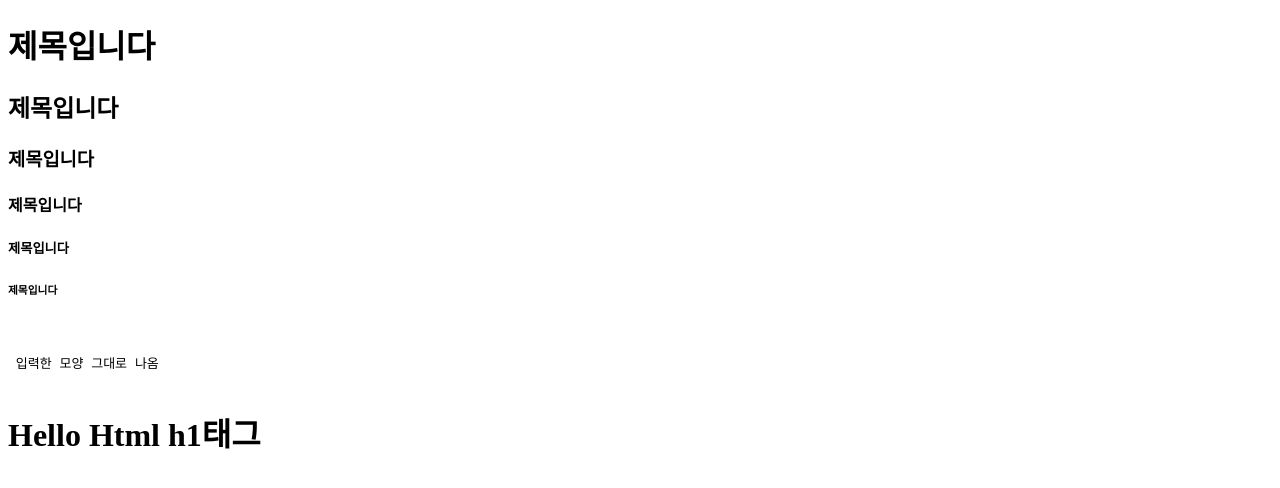
Repository: suhong99/htmlLecture
Page: sample01-1/src/main/webapp/index.html
An editor plug-in stored every save of this project. The page is shown before and after the next save, followed by the edit.
The browser window is 1280 px wide. The pictures show the whole page.

Above is the page before, as saved 2023-06-21 04:30:03.

After the next save:
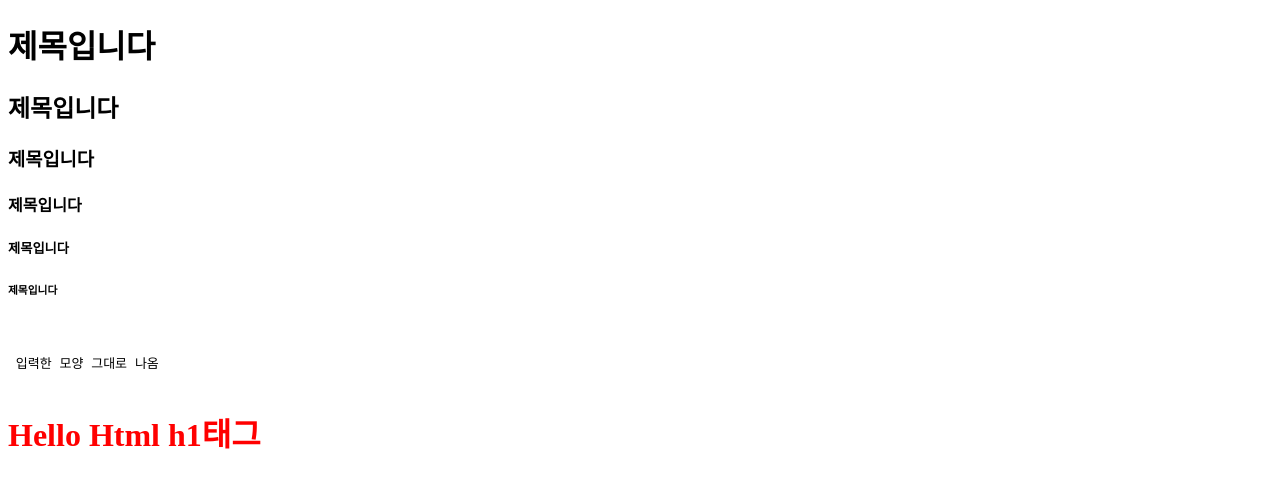
Saved 20 s later.
--- a/sample01-1/src/main/webapp/index.html
+++ b/sample01-1/src/main/webapp/index.html
@@ -35,6 +35,6 @@
  	Property(특성)
  		<xormaud thrtjd1aud="프로퍼티1:값;프로퍼티2:값"></태그명>
   -->
- <h1>Hello Html h1태그</h1>
+ <h1 style="color : red">Hello Html h1태그</h1>
 </body>
 </html>
